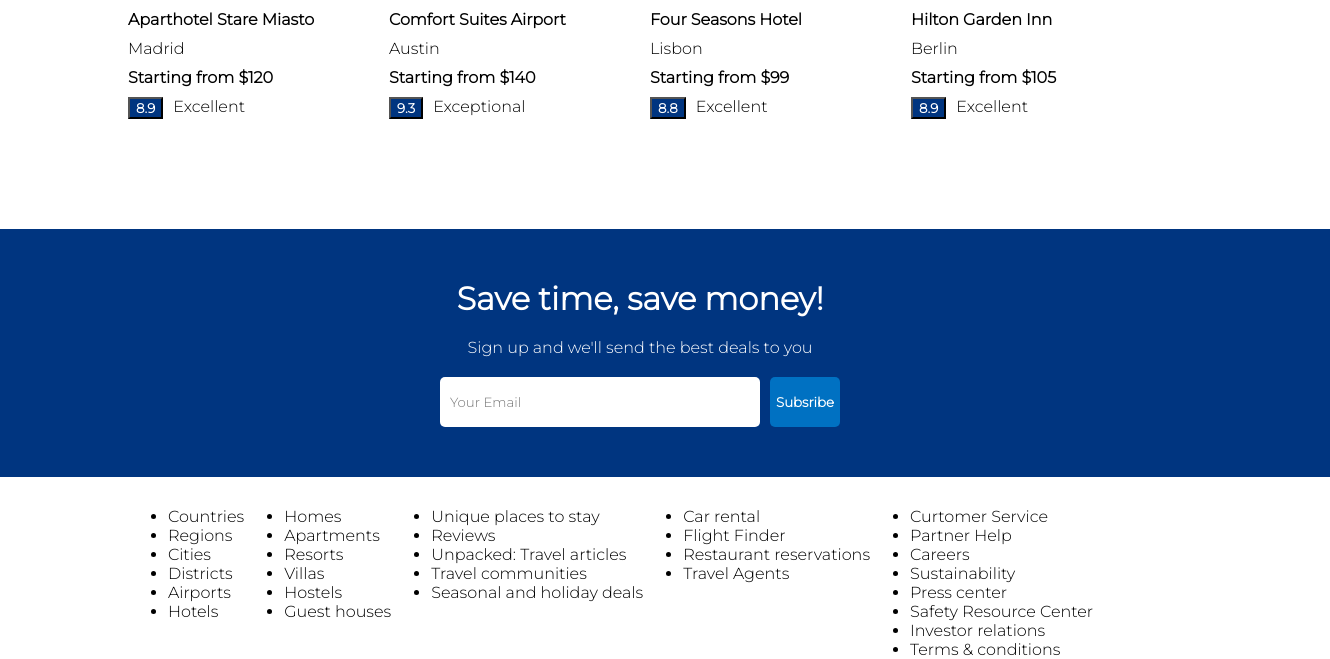
Repository: truongnguyenuit/BookingWebApp
Page: /
These files come from the project's save history. The page is drawn as it stood at one moment and after the next save; the edit follows.
The browser window is 1280 px wide. The page is 1330 px wide, so the pictures cover 1330 px, including what lies to the right of the window. The pictures show the part of the page from y = 1301 to 1960 px (the page is 1960 px tall).
The project was rebuilt for these pictures with package versions that can differ from the ones it lists, and the page was loaded fresh each time.

Above is the page before, as saved 2022-05-29 22:54:32.

After the next save:
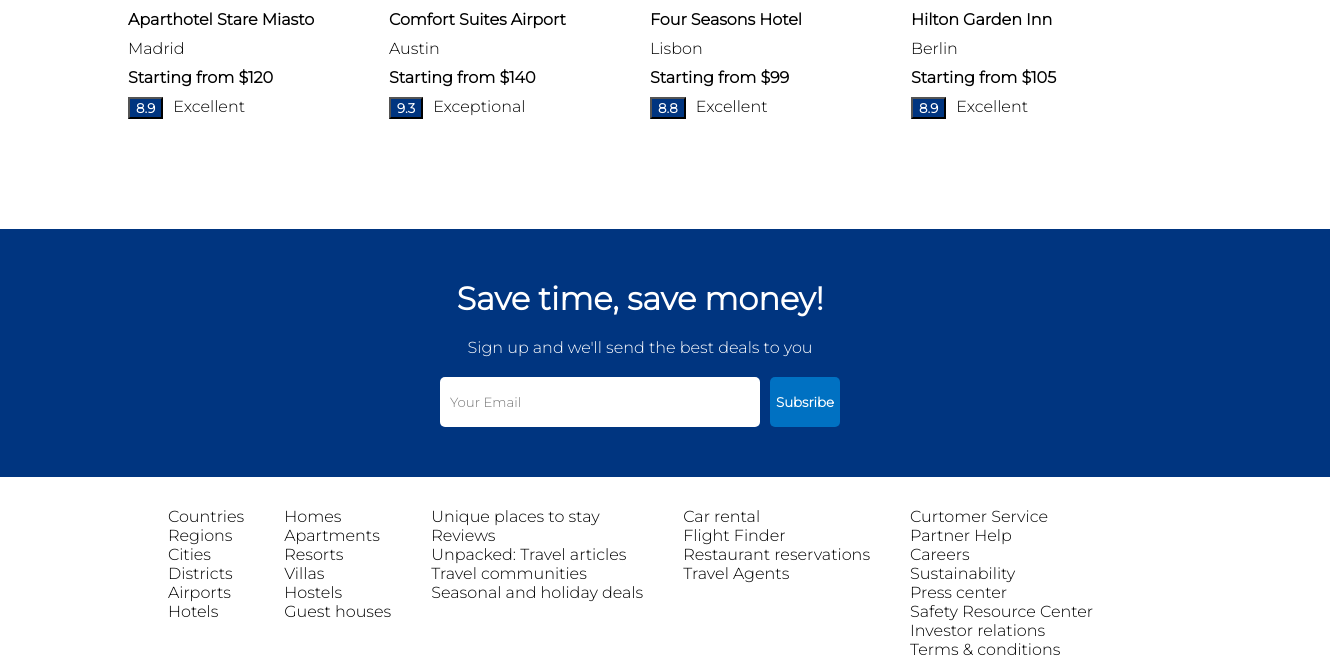
Saved 5 s later.
--- a/src/components/footer/footer.css
+++ b/src/components/footer/footer.css
@@ -6,4 +6,6 @@
   display: flex;
   flex-direction: row;
 }
-.fList
+.fList {
+  list-style: none;
+}
